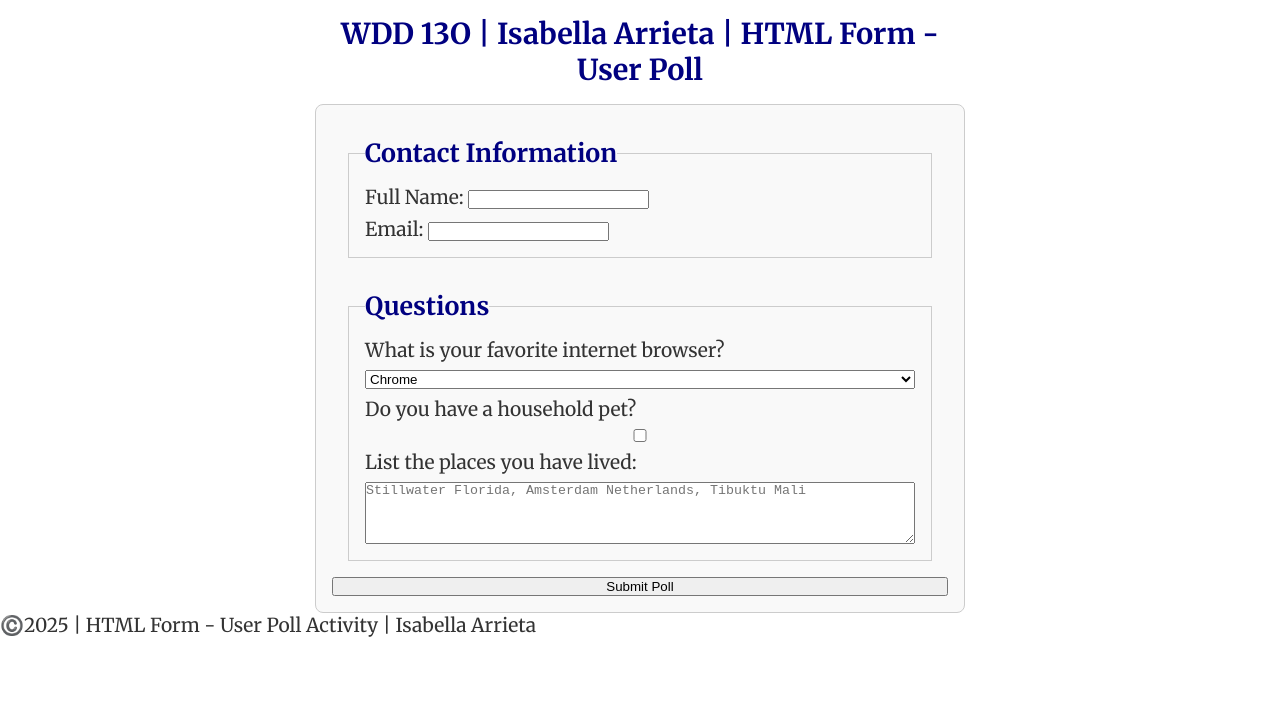
Repository: isaAJ05/wdd130
Page: week05/poll-form.html
The author's editor kept a copy of each file at every save. The page is drawn from the files as they stood at one save, then again after a run of saves.
The browser window is 1280 px wide. The pictures show the whole page.

Above is the page before, as saved 2025-06-14 18:39:39.

### week05/poll-form.html
<!DOCTYPE html>
<html lang="en-us">
<head>
    <meta charset="UTF-8">
    <meta name="viewport" content="width=device-width, initial-scale=1.0">
    <title>WDD 130 | HTML Form - User Poll</title>
    <meta name="description" content="Poll form">
    <meta name="author" content="Isabella Arrieta">
    <link rel="stylesheet" href="styles/poll-form.css">
    <link rel="preconnect" href="https://fonts.googleapis.com">
    <link rel="preconnect" href="https://fonts.gstatic.com" crossorigin>
    <link href="https://fonts.googleapis.com/css2?family=Merriweather:wght@400;700&family=Roboto:wght@400;700&display=swap" rel="stylesheet">
</head>
<body>
    <header>
        <h1>WDD 13O | Isabella Arrieta | HTML Form - User Poll</h1>
    </header>
    <main>
        <form>
            <fieldset>
                <legend>Contact Information</legend>
                <label>Full Name: <input type="text" name="fullname"></label>
                <label>Email: <input type="email" id="useremail" name="useremail"></label>
            </fieldset>
            <fieldset>
                <legend>Questions</legend>
                <label for="browser">What is your favorite internet browser?</label>
                <select id="browser" name="browser">
                    <option value="chrome">Chrome</option>
                    <option value="firefox">Firefox</option>
                    <option value="safari">Safari</option>
                    <option value="edge">Edge</option>
                    <option value="brave">Brave</option>
                    <option value="other">Other</option>
                </select>
                <label for="pet">Do you have a household pet?</label>
                <input type="checkbox" id="pet" name="pet">
                <label for="feedback">List the places you have lived:</label>
                <textarea id="feedback" name="feedback" rows="4" placeholder="Stillwater Florida, Amsterdam Netherlands, Tibuktu Mali"></textarea>
            </fieldset>
            <button type="submit">Submit Poll</button>
        </form>
    </main>
    <footer>
        <p>©️2025 | HTML Form - User Poll Activity | Isabella Arrieta</p>

    </footer>
</body>
</html>

### week05/styles/poll-form.css
* {
    margin: 0;
    padding: 0;
    box-sizing: border-box;
}
body {
    font-family: Merriweather, Georgia, serif;
    font-size: 1.2em;
    color: #333;
    background: #fff;
}
header{
    margin: 0 auto;
    width: 650px;
}
h1{
    margin: 1rem;
    font-size: 1.5em;
    color: navy;
    text-align: center;
}
form {
    margin: 0 auto;
    width: 650px;
    padding: 1rem;
    border: 1px solid #ccc;
    border-radius: 0.5rem;
    background-color: #f9f9f9;
    display: grid;
}
fieldset {
    display: grid;
    grid-gap: .5rem;
    margin: 1rem;
    border: 1px solid #ccc;
    padding: 1rem;
}
legend {
    font-weight: bold;
    color: navy;
    font-size: 1.3em;
}
label, input, button

After the next 2 saves:
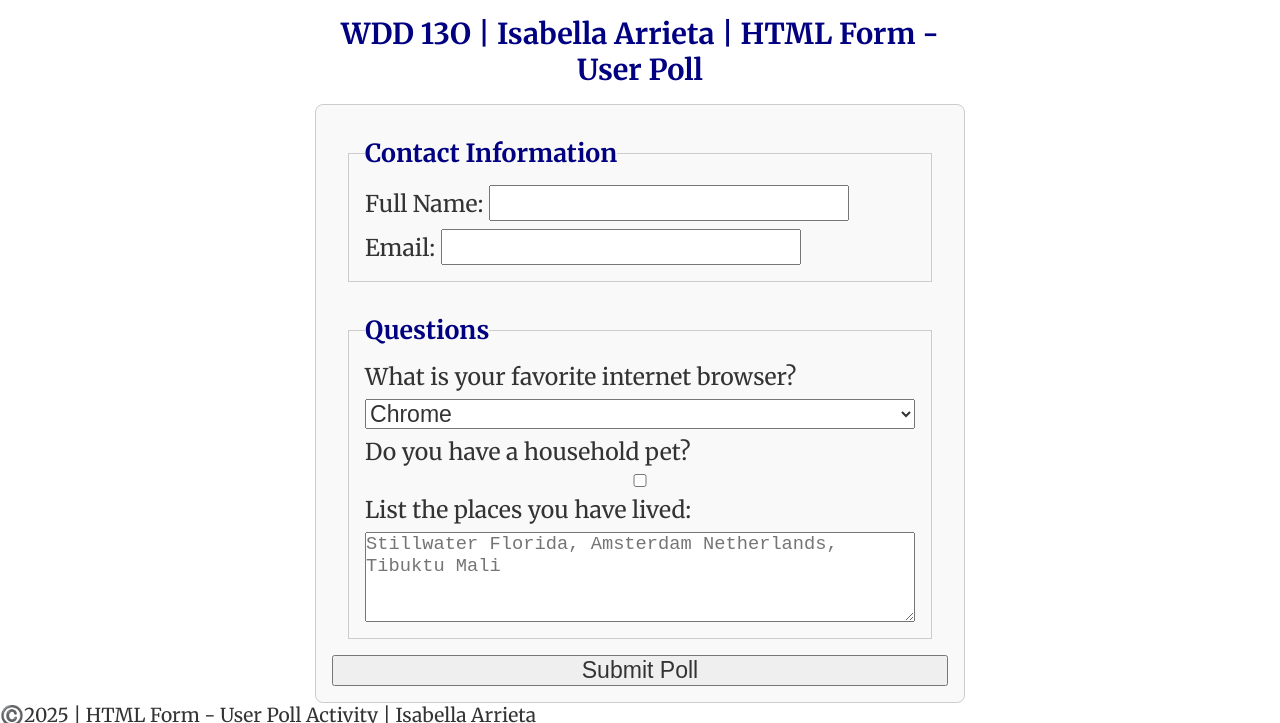
The 2 saves are shown as one change because they came seconds apart.
The last was saved 6 s later.
--- a/week05/styles/poll-form.css
+++ b/week05/styles/poll-form.css
@@ -40,4 +40,7 @@
     color: navy;
     font-size: 1.3em;
 }
-label, input, button
+label, input, button, select, textarea {
+    font-size: 1.2em;
+    color: #333;
+}

After the 2 saves that followed:
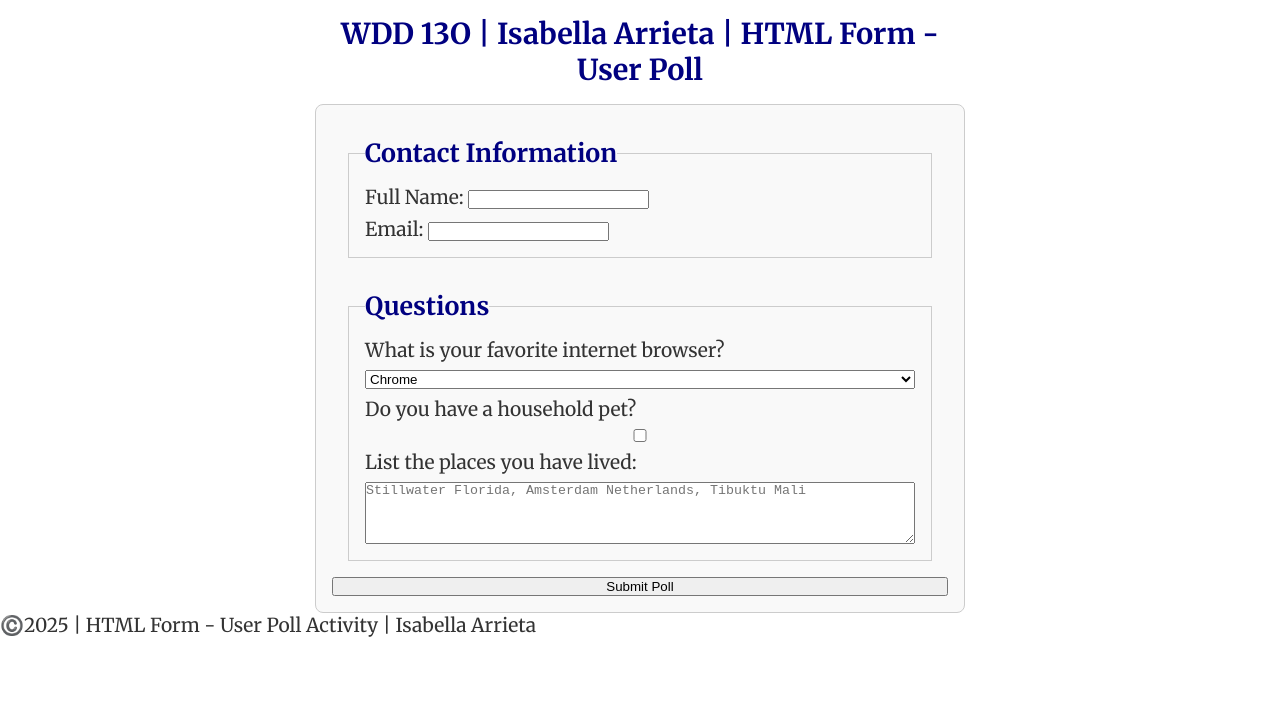
The 2 saves are shown as one change because they came seconds apart.
The last was saved 13 s later.
--- a/week05/styles/poll-form.css
+++ b/week05/styles/poll-form.css
@@ -41,6 +41,5 @@
     font-size: 1.3em;
 }
 label, input, button, select, textarea {
-    font-size: 1.2em;
-    color: #333;
+    font-family:
 }
